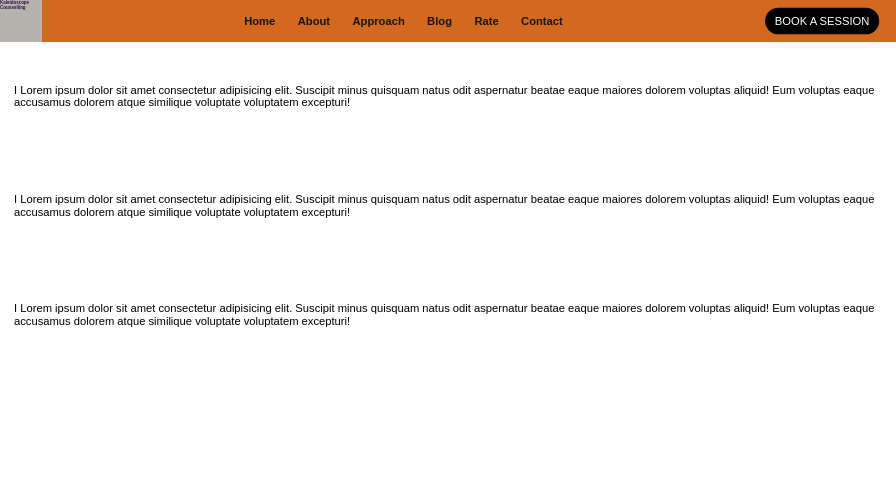
Repository: voutadi/Project1
Page: index.html
An editor plug-in stored every save of this project. The page is shown before and after the next save, followed by the edit.
The browser window is 1280 px wide. The pictures show the part of the page from y = 0 to 1920 px (the page is 720 px tall before and 3120 px after), at 70% of full size.

Above is the page before, as saved 2024-08-05 00:11:04.

### index.html
<!DOCTYPE html>
<html lang="en">
  <head>
    <meta charset="UTF-8" />
    <meta name="viewport" content="width=device-width, initial-scale=1.0" />
    <link rel="stylesheet" href="styles/style.css" />

    <title>Kaleidoscope Counselling</title>
  </head>
  <body>
    <header>
      <div class="logo-container">
        <div class="logo">
          Kaleidoscope <br />
          Counselling
        </div>
      </div>
      <nav class="navbar">
        <ul>
          <li><a href="#home">Home</a></li>
          <li><a href="https://www.psychologytoday.com/ca/therapists/ava-outadi-port-moody-bc/1111563">About</a></li>
          <li><a href="#approach">Approach</a></li>
          <li><a href="#blog">Blog</a></li>
          <li><a href="#rate">Rate</a></li>
          <li><a href="#contact">Contact</a></li>
        </ul>
      </nav>
      <button>BOOK A SESSION</button>
    </header>

    <p>
      I Lorem ipsum dolor sit amet consectetur adipisicing elit. Suscipit minus
      quisquam natus odit aspernatur beatae eaque maiores dolorem voluptas
      aliquid! Eum voluptas eaque accusamus dolorem atque similique voluptate
      voluptatem excepturi!
    </p>
    <p>
      I Lorem ipsum dolor sit amet consectetur adipisicing elit. Suscipit minus
      quisquam natus odit aspernatur beatae eaque maiores dolorem voluptas
      aliquid! Eum voluptas eaque accusamus dolorem atque similique voluptate
      voluptatem excepturi!
    </p>
    <p>
      I Lorem ipsum dolor sit amet consectetur adipisicing elit. Suscipit minus
      quisquam natus odit aspernatur beatae eaque maiores dolorem voluptas
      aliquid! Eum voluptas eaque accusamus dolorem atque similique voluptate
      voluptatem excepturi!
    </p>
  </body>
</html>

### styles/style.css
* {
  margin: 0;
  padding: 0;
  box-sizing: border-box;
}
body {
  background-color: rgb(244,164,96)
  height: 3000px;
  font-family: Arial, Helvetica, sans-serif;
  font-size: 1rem;
}
header {
  max-width: 100%; /*Make sure Take all of her parent element(body)on all different devices .*/
  height: 60px;
  position: fixed;
  top: 0;
  left: 0;
  right: 0;
  background-color: rgb(210,105,30);
  display: flex;
  justify-content: space-between;
  align-items: center;

  box-shadow: 0 2px 4px rgba(243, 172, 172, 0.15); /* Adds a subtle shadow for depth, optional */
}
.logo-container {
  width: 60px;; /* Put condition for smaller or biger divice*/
  background-color: rgb(181, 179, 172);
  height: 60px;
}
.logo {
  color: rgb(50, 21, 77);
  font-size: 0.4rem;
  font-weight: bold;
}

.navbar ul {
  display: flex;
  flex: 1;
  justify-content: center;
  list-style-type: none;
  flex-wrap: wrap;
}
.navbar li {
  margin: 1rem;
}
.navbar a {
  font-size: 1rem;
  color: rgb(23, 22, 22);
  font-weight: 700;

  text-decoration: none;
}
.navbar a:hover {
  background-color: rgb(184, 175, 175);
  padding: 5px 10px;
  border-radius: 16px;
  transition: 0.15s;
}

.navbar a:active {
  background-color: rgb(166, 162, 162);
  padding: 10px 10px;
  border-radius: 16px;
  transition: 0.15s;

}

button {
  background-color: black;
  color: white;

  font-size: 1rem;
  padding: 8px 12px;
  margin-right: 1.5rem;
  border-width: 2px;
  border-style: solid;
  border-radius: 20px;
  cursor: pointer;
}
button:hover {
  background-color: white;
  color: black;
  transition: 0.15s;
  padding: 12px 18px;
}
button:active {
  padding: 18px 24px;
}
p {
  margin-top: 120px;
  margin-left: 20px;
}
@media (max-width: 380px) {
  body {
    font-size: 0.4rem;/* Smaller font size */

  }
  button {
    font-size: 0.4rem;
    padding: 2px;
    margin-right: 0.4rem;
    border-radius: 8px;
  }
  button:hover {
    font-size: 0.4rem;
    padding: 2px;
  }
  button:active {
    padding: 3px;
  }
  .navbar li {
    margin: 0.2rem;
  }
  .navbar a {
    font-size: 0.5rem;
    margin: 0.2rem ;
  }
}


@media (max-width: 600px) {
  body {
    font-size: 0.5rem;
  } /* Smaller font size */
  button {
    font-size: 0.5rem;
    padding: 2px 4px;
    margin-right: 0.5rem;
    border-radius: 10px;
  }
  button:hover {
    font-size: 0.5rem;
    padding: 2px;
  }
  button:active {
    padding: 3px;
  }
  .navbar li {
    margin: 0.3rem;
  }
  .navbar a {
    font-size: 0.6rem;
  }
}
@media (min-width: 601px) and (max-width: 900px) {
  body {
    font-size: 0.75rem;
  } /* Smaller font size */
  button {
    font-size: 0.75rem;
    padding: 2px 4px;
    margin-right: 0.75rem;
    border-radius: 10px;
  }
  button:hover {
    font-size: 0.75rem;
    padding: 2px;
  }
  button:active {
    padding: 3px;
  }
  .navbar li {
    margin: 0.5rem;
  }
  .navbar a {
    font-size: 0.8rem;
  }
}

After the next save:
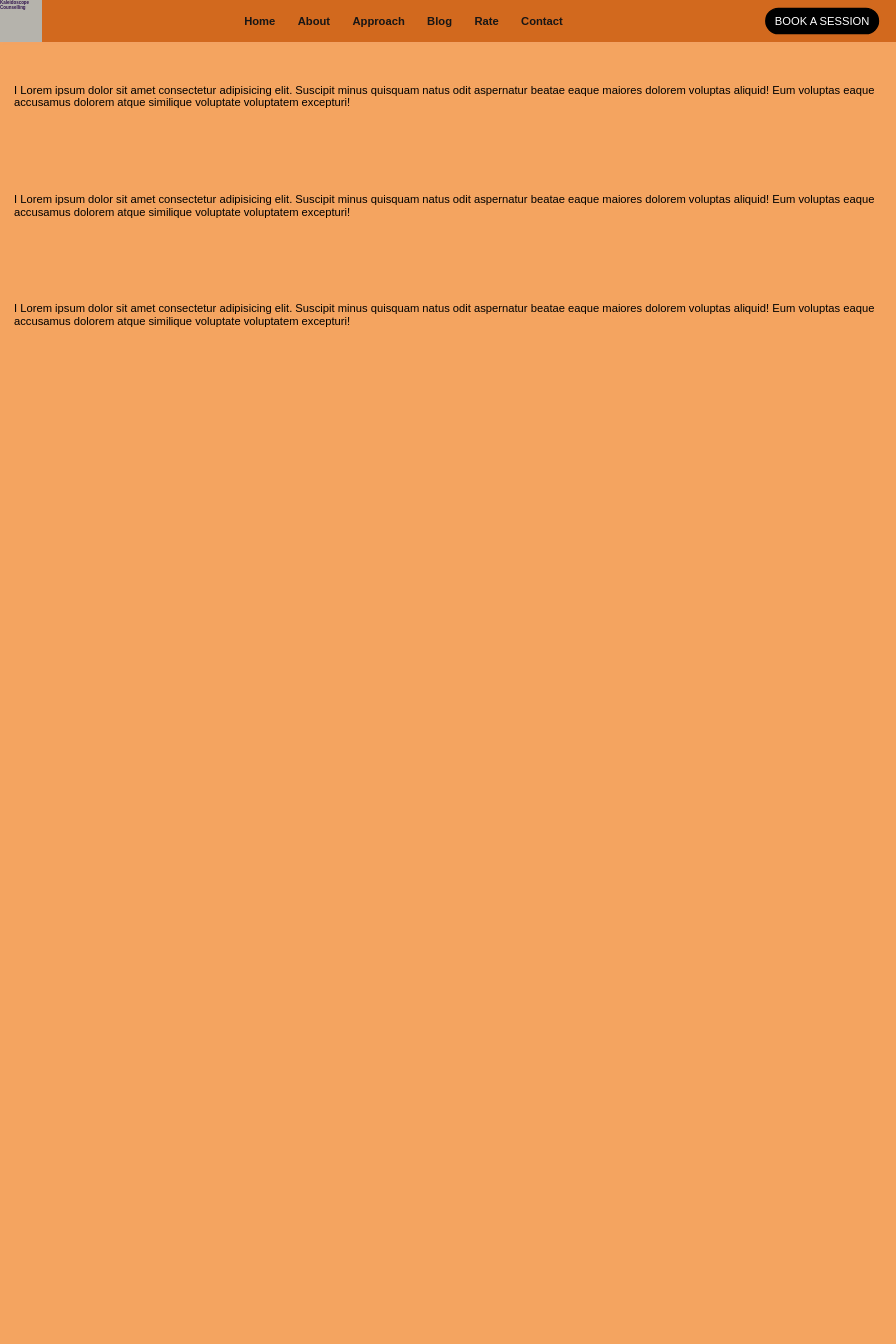
Saved 4 s later.
--- a/styles/style.css
+++ b/styles/style.css
@@ -4,7 +4,7 @@
   box-sizing: border-box;
 }
 body {
-  background-color: rgb(244,164,96)
+  background-color: rgb(244,164,96);
   height: 3000px;
   font-family: Arial, Helvetica, sans-serif;
   font-size: 1rem;
